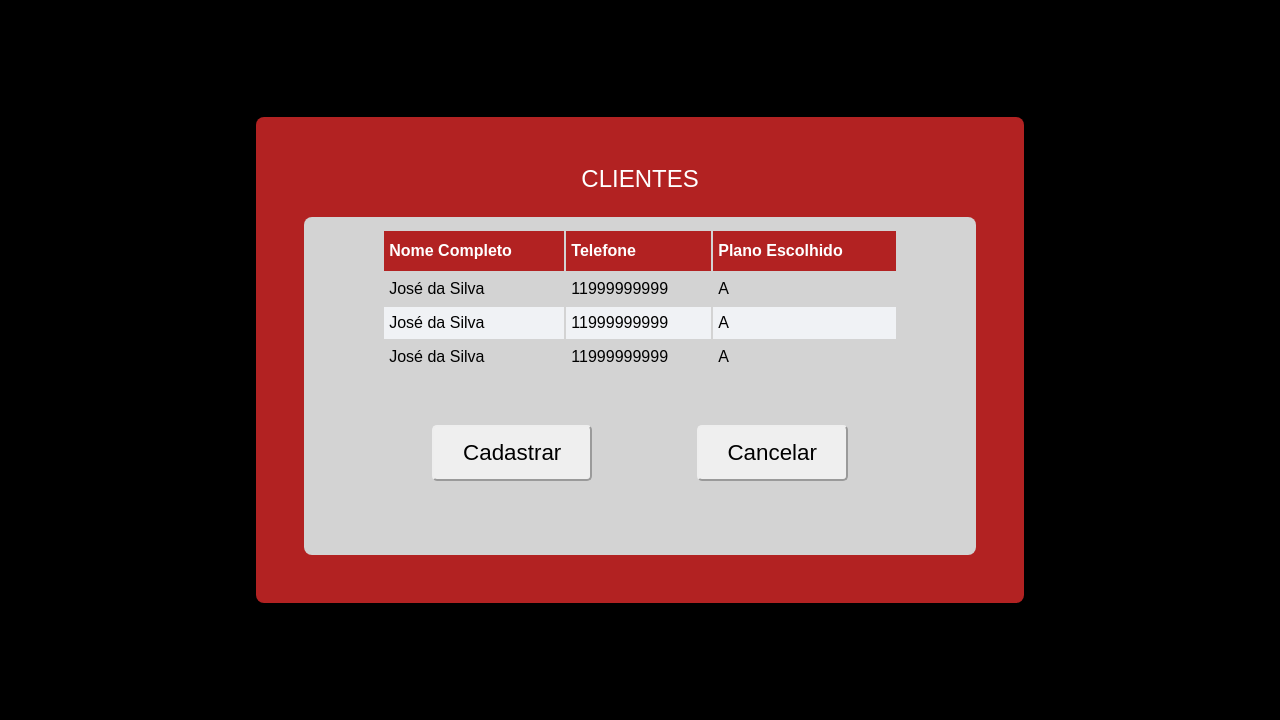
Repository: samantaProspero/projeto_integrador
Page: Versão Atual/PI_Vanila/clientes.html
An editor plug-in stored every save of this project. The page is shown before and after a run of saves, followed by the edit.
The browser window is 1280 px wide. The pictures show the whole page.

Above is the page before, as saved 2021-11-06 14:51:19.

After the next 2 saves:
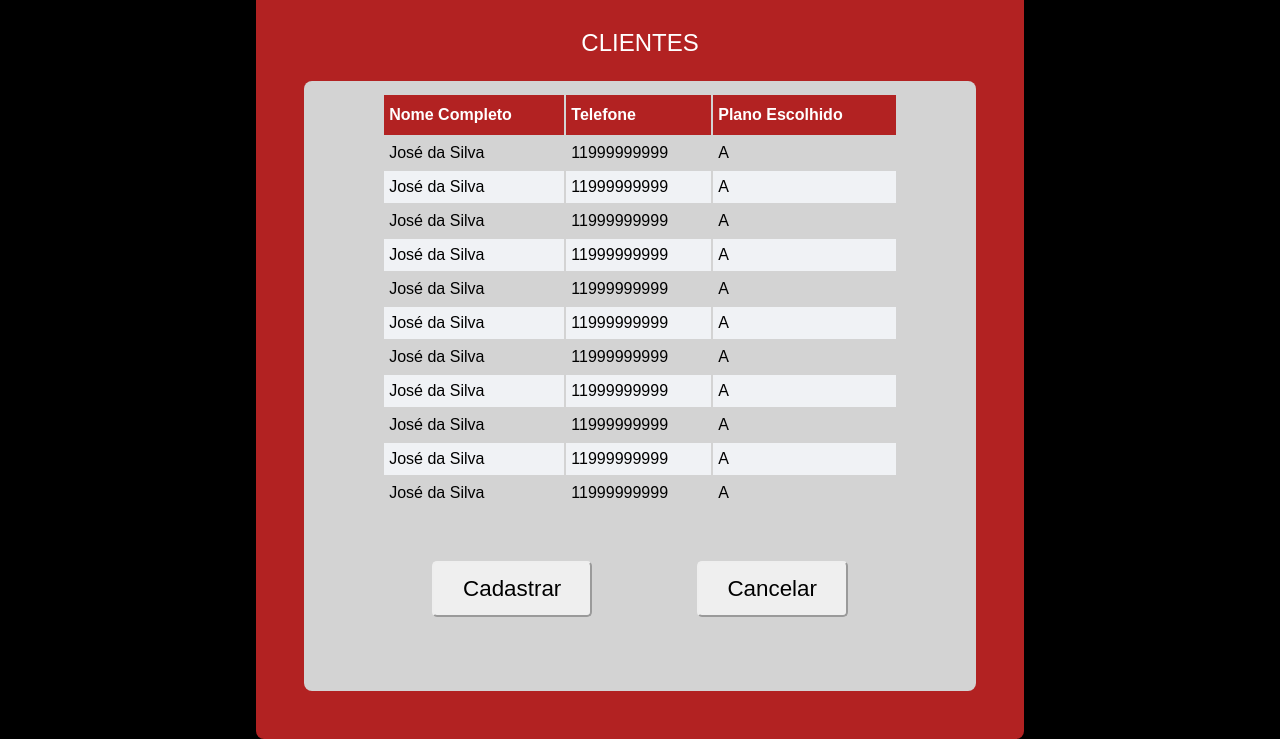
The 2 saves are shown as one change because they came seconds apart.
The last was saved 25 s later.
--- a/Versão Atual/PI_Vanila/clientes.html
+++ b/Versão Atual/PI_Vanila/clientes.html
@@ -37,6 +37,46 @@
                 <td>11999999999</td>
                 <td>A</td>
               </tr>
+              <tr>
+                <td>José da Silva</td>
+                <td>11999999999</td>
+                <td>A</td>
+              </tr>
+              <tr>
+                <td>José da Silva</td>
+                <td>11999999999</td>
+                <td>A</td>
+              </tr>
+              <tr>
+                <td>José da Silva</td>
+                <td>11999999999</td>
+                <td>A</td>
+              </tr>
+              <tr>
+                <td>José da Silva</td>
+                <td>11999999999</td>
+                <td>A</td>
+              </tr>
+              <tr>
+                <td>José da Silva</td>
+                <td>11999999999</td>
+                <td>A</td>
+              </tr>
+              <tr>
+                <td>José da Silva</td>
+                <td>11999999999</td>
+                <td>A</td>
+              </tr>
+              <tr>
+                <td>José da Silva</td>
+                <td>11999999999</td>
+                <td>A</td>
+              </tr>
+              <tr>
+                <td>José da Silva</td>
+                <td>11999999999</td>
+                <td>A</td>
+              </tr>
             </tbody>
           </table>
           <div id="buttons-div">
